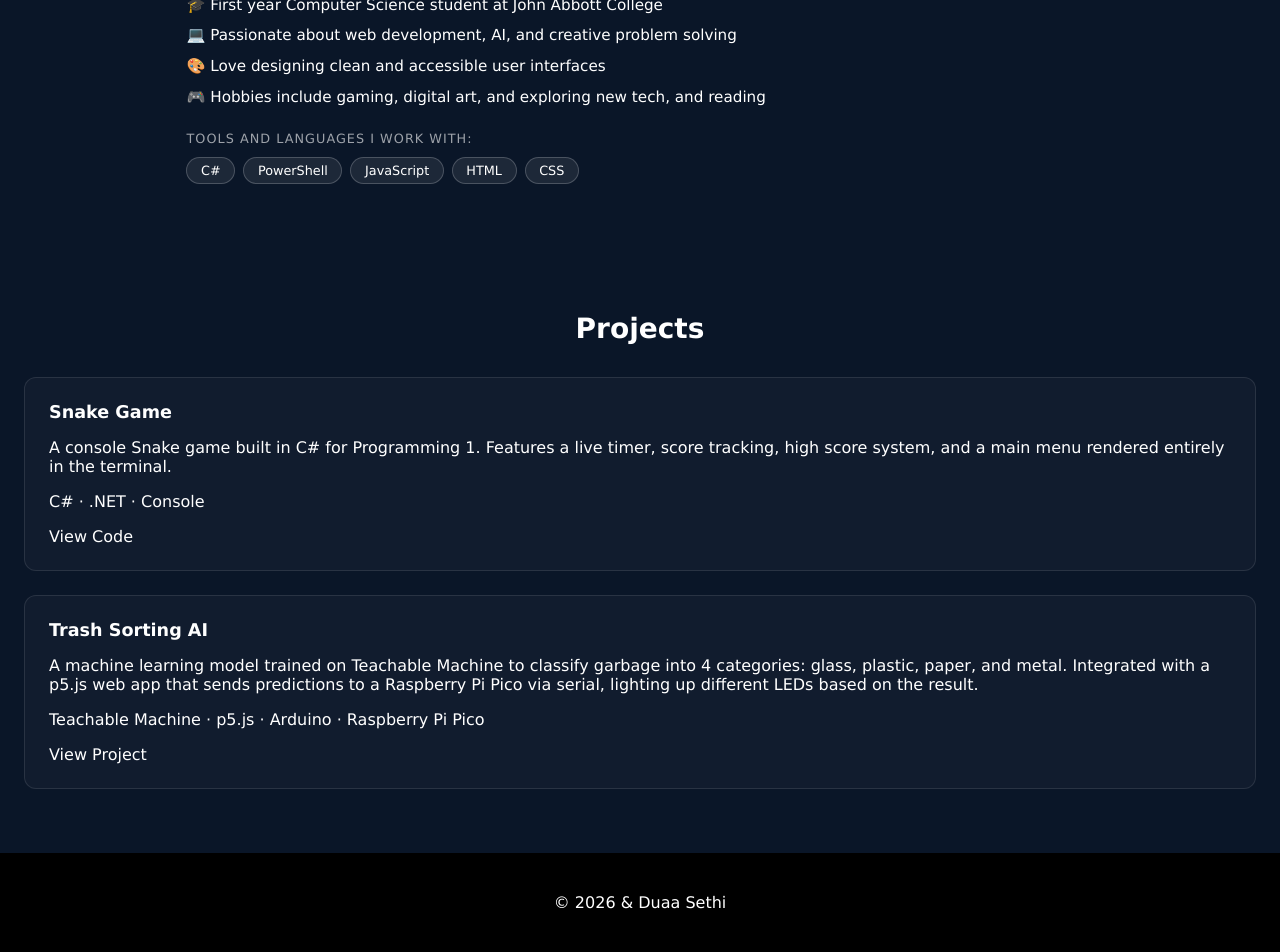
Repository: Duaa-Sethi/Duaa-Sethi
Page: index.html
The author's editor kept a copy of each file at every save. The page is drawn from the files as they stood at one save, then again after the next save.
The browser window is 1280 px wide. The pictures show the part of the page from y = 1176 to 2128 px (the page is 2128 px tall before and 2127 px after).
Some web fonts or font styles are not loaded; a fallback is used.

Above is the page before, as saved 2026-05-02 15:23:02.

### index.html
<!doctype html>
<html lang="en">
  <head>
    <meta charset="UTF-8" />
    <meta name="viewport" content="width=device-width, initial-scale=1.0" />
    <title>Dua Portfolio</title>
    <link rel="stylesheet" href="./styles/index.css" />
    <link rel="stylesheet" href="./styles/globals.css" />
  </head>
  <body>
    <!-- NAV -->
    <nav>
      <ul>
        <li><a href="#about">About</a></li>
        <li><a href="#projects">Projects</a></li>
        <li><a href="#contact">Contact</a></li>
      </ul>
    </nav>

    <!-- HERO -->
    <section class="hero">
      <article>
        <h1>Duaa Sethi Portfolio</h1>
        <p>Developer · Designer · Creator</p>
        <a href="#projects">View Projects</a>
      </article>
    </section>

    <!-- ABOUT -->
    <section class="about" id="about">
      <img src="./assets/images/Dua Sethi.jpeg" alt="Photo of Duaa Sethi" />
      <div class="about-text">
        <h2>About Me</h2>
        <p>
          Hi! I am Duaa Sethi , a first year CS student passionate about
          technology, and building things that actually work.
        </p>

        <ul class="about-list">
          <li>🎓 First year Computer Science student at John Abbott College</li>
          <li>
            💻 Passionate about web development, AI, and creative problem
            solving
          </li>
          <li>🎨 Love designing clean and accessible user interfaces</li>
          <li>
            🎮 Hobbies include gaming, digital art, and exploring new tech, and
            reading
          </li>
        </ul>

        <p class="tools-label">Tools and languages I work with:</p>
        <ul class="tools-list">
          <li>C#</li>
          <li>PowerShell</li>
          <li>JavaScript</li>
          <li>HTML</li>
          <li>CSS</li>
        </ul>
      </div>
    </section>

    <!-- PROJECTS -->
    <section class="projects" id="projects">
      <h2>Projects</h2>
      <div class="cards">
        <article class="card">
          <h3>Snake Game</h3>
          <p>
            A console Snake game built in C# for Programming 1. Features a live
            timer, score tracking, high score system, and a main menu rendered
            entirely in the terminal.
          </p>
          <p class="tech">C# · .NET · Console</p>
          <a
            href="https://github.com/Duaa-Sethi/Programming1-project-Dua-Sethi"
            target="_blank"
            >View Code</a
          >
        </article>
        <article class="card">
          <h3>Trash Sorting AI</h3>
          <p>
            A machine learning model trained on Teachable Machine to classify
            garbage into 4 categories: glass, plastic, paper, and metal.
            Integrated with a p5.js web app that sends predictions to a
            Raspberry Pi Pico via serial, lighting up different LEDs based on
            the result.
          </p>
          <p class="tech">
            Teachable Machine · p5.js · Arduino · Raspberry Pi Pico
          </p>
          <a
            href="https://editor.p5js.org/duairfansethi/full/mdRLpCkG2"
            target="_blank"
            >View Project</a
          >
        </article>
      </div>
    </section>

    <footer>
      <p>© 2026 & Duaa Sethi</p>
    </footer>
  </body>
</html>

### styles/index.css
body {
  background-color: #0a1628;
}

/* NAV */
nav {
  position: sticky;
  top: 0;
  background-color: black;
  padding: 0 1.5rem;
}

nav ul {
  display: flex;
  justify-content: flex-end;
  gap: 1.5rem;
  padding: 1rem 0;
}

nav ul li a {
  font-size: 0.9rem;
}

.hero {
  display: flex;
  align-items: center;
  justify-content: center;
  text-align: center;
  min-height: 100vh;
  padding: 2rem 1.5rem;

  /* dont memorize, copy paste background defs */
  background-image: url(../assets/images/starry\ sky\ animated\ gif\ -\ Google\ Search.gif);
  background-size: cover;
  background-position: center;
  background-repeat: no-repeat;
}

.hero h1 {
  font-size: 2rem;
  margin-bottom: 0.75rem;
}

.hero p {
  font-size: 1rem;
  opacity: 0.75;
  margin: 0 0 1.5rem 0;
}

.hero a {
  border: 2px solid white;
  padding: 0.5rem 1.25rem;
  border-radius: 20px;
  font-size: 0.9rem;
}

.hero a:hover {
  background-color: white;
  color: #0a1628;
  text-decoration: none;
}

/* ABOUT */
.about {
  display: flex;
  flex-direction: column;
  align-items: center;
  gap: 2rem;
  padding: 4rem 1.5rem;
  text-align: center;
}

.about img {
  width: 150px;
  height: 150px;
  border-radius: 50%;
  object-fit: cover;
  border: 3px solid rgba(255, 255, 255, 0.2);
}

.about h2 {
  font-size: 1.75rem;
  margin-bottom: 1rem;
}

.about p {
  margin: 0 0 0.5rem 0;
  line-height: 1.6;
}

.about-list {
  display: flex;
  flex-direction: column;
  gap: 0.5rem;
  text-align: left;
  margin-bottom: 1.25rem;
}

.about-list li {
  font-size: 0.95rem;
  line-height: 1.5;
}

.tools-label {
  font-size: 0.8rem;
  opacity: 0.6;
  text-transform: uppercase;
  letter-spacing: 0.08em;
  text-align: left;
  margin-bottom: 0.5rem;
}

.tools-list {
  display: flex;
  flex-wrap: wrap;
  gap: 0.5rem;
  text-align: left;
}

.tools-list li {
  background-color: rgba(255, 255, 255, 0.08);
  border: 1px solid rgba(255, 255, 255, 0.2);
  border-radius: 20px;
  padding: 0.3rem 0.85rem;
  font-size: 0.8rem;
}
/* PROJECTS */
.projects {
  padding: 4rem 1.5rem;
  text-align: center;
}
.projects h2 {
  font-size: 1.75rem;
  margin-bottom: 2rem;
}

.cards {
  display: flex;
  flex-direction: column;
  gap: 1.5rem;
}
.card {
  background-color: #111c2e;
  border: 1px solid rgba(255, 255, 255, 0.1);
  border-radius: 12px;
  padding: 1.5rem;
  text-align: left;
}

.card:hover {
  border-color: rgba(255, 255, 255, 0.4);
}

.card h3 {
  font-size: 1.1rem;
  margin-bottom: 0.5rem;
}

footer {
  text-align: center;
  padding: 1.5rem;
  background-color: black;
}

@media only screen and (min-width: 600px) {
  h1 {
    font-size: 4rem;
  }
}

@media only screen and (min-width: 992px) {
  h1 {
    font-size: 5rem;
  }
}

### styles/globals.css
/* FONT DEFS */
@font-face {
  font-family: "main font";
  src: url(../assets/fonts/NewsCycle-Regular.ttf);
}

/* CROSS PAGE STYLES */
body {
  font-family: "main font", Verdana, sans-serif;
  color: white;
  margin: 0;
}

h1 {
  font-weight: bold;
  font-size: 1.5rem;
}

a {
  text-decoration: none;
  color: white;
}
h2,
h3 {
  margin: 0;
}
a:hover {
  text-decoration: underline;
}
ul {
  list-style: none;
  padding: 0;
  margin: 0;
}

After the next save:
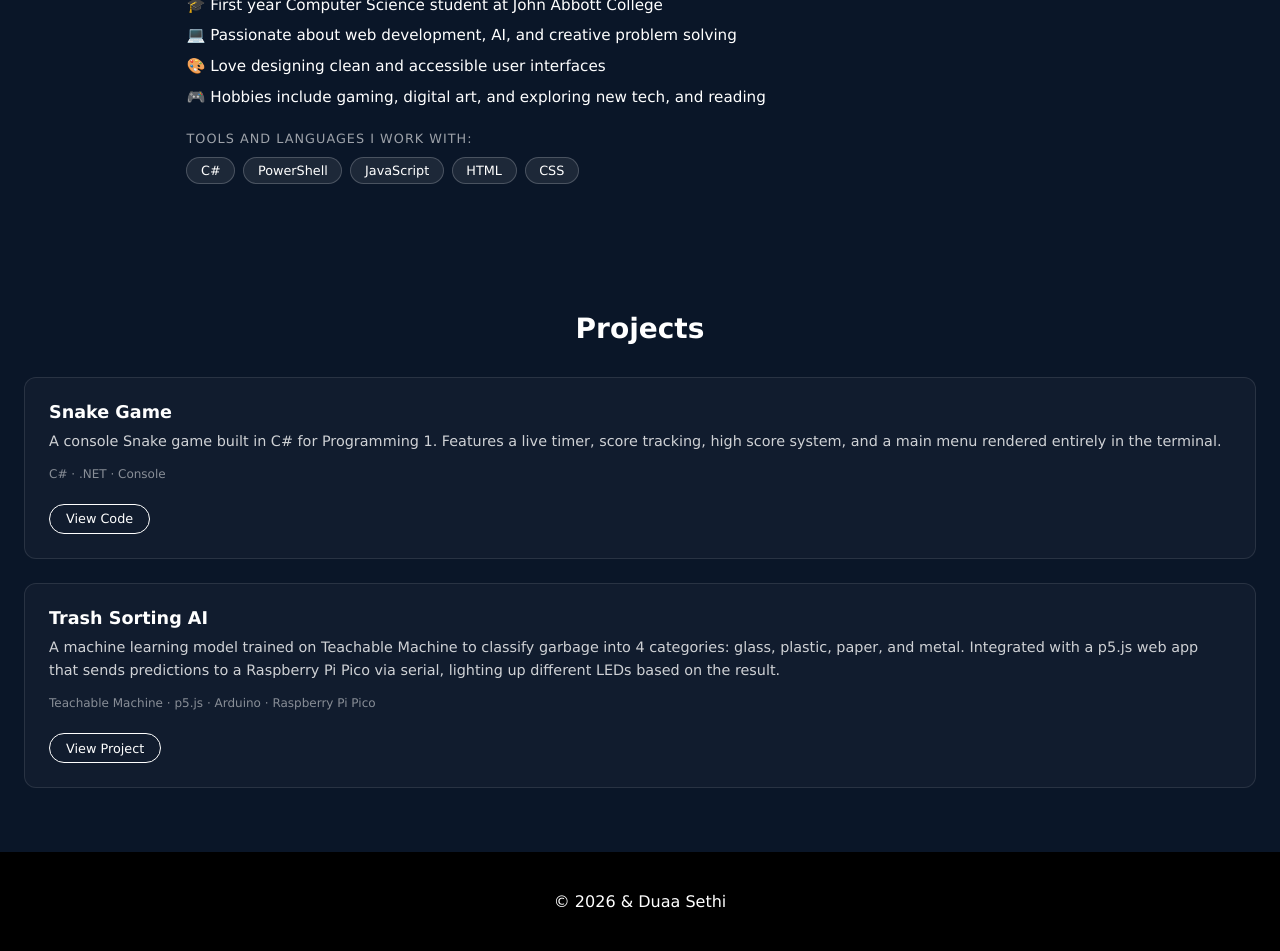
Saved 45 s later.
--- a/styles/index.css
+++ b/styles/index.css
@@ -156,6 +156,34 @@ nav ul li a {
   margin-bottom: 0.5rem;
 }
 
+.card p {
+  font-size: 0.9rem;
+  line-height: 1.6;
+  opacity: 0.8;
+  margin: 0 0 0.5rem 0;
+}
+
+.card .tech {
+  font-size: 0.75rem;
+  opacity: 0.5;
+  margin: 0.75rem 0;
+}
+
+.card a {
+  display: inline-block;
+  border: 1px solid white;
+  padding: 0.4rem 1rem;
+  border-radius: 20px;
+  font-size: 0.8rem;
+  margin-top: 0.5rem;
+}
+
+.card a:hover {
+  background-color: white;
+  color: #0a1628;
+  text-decoration: none;
+}
+
 footer {
   text-align: center;
   padding: 1.5rem;
